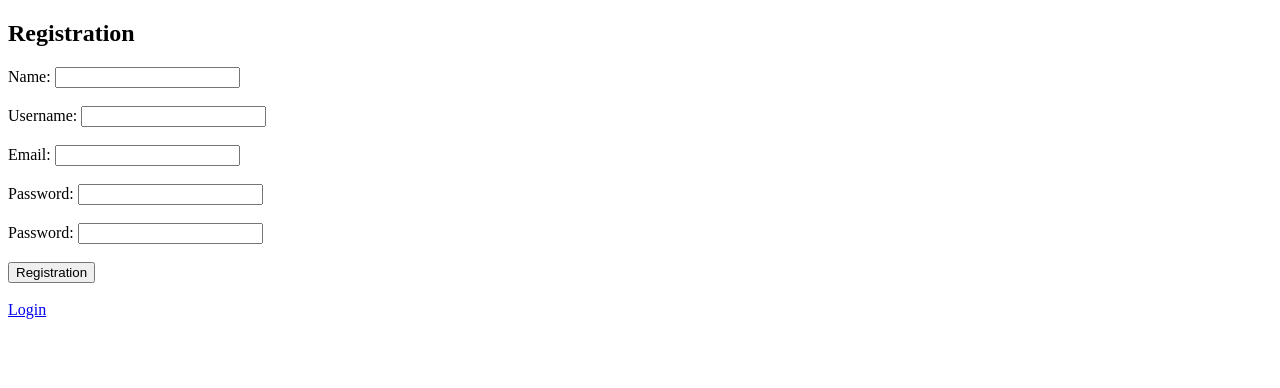
Repository: Acharya-Keerthana/Education
Page: http://localhost/registration.php
The author's editor kept a copy of each file at every save. The page is drawn from the files as they stood at one save, then again after the next save.
The browser window is 1280 px wide. The pictures show the whole page.
The page is run by PHP 8.4 with error messages shown; the project is at /var/www/html/.

Above is the page before, as saved 2024-04-11 19:55:54.

### reglog/registration.php
<?php
require 'config.php';
if(isset($_POST["submit"])){
    $name=$_POST["name"];
    $username=$_POST["username"];
    $email=$_POST["email"];
    $password=$_POST["password"];
    $confirmpassword =$_POST["comfirmpassword"];
    $duplicate = mysqli_query($conn, "SELECT * FROM tb_user WHERE username = '$username' OR email='$email'");
    if(mysqli_num_rows($duplicate)>0){
        echo "<script> alert('Username or Email Has Already Taken'); </script>";
    }
    else{
        if($password == $confirmpassword){
            $query = "INSERT INTO tb_user VALUES('','$name','$username','$email','$password')";
            mysqli_query($conn,$query);
            echo "<script> alert('Registration successful'); </script>";
        }
        else{
            echo "<script> alert('Password Doesn't match'); </script>";
        }
    }
}
?>

<!DOCTYPE html>
<html lang="en">
<head>
    <meta charset="UTF-8">
    <meta name="viewport" content="width=device-width, initial-scale=1.0">
    <title>Registration</title>
</head>
<body>
    <h2>Registration</h2>
    <form action="" class="" method="post" autocomplete="off">
    <label for="name">Name:</label>
    <input type="text" name="name" id="name"  required value=""><br><br>
    <label for="username">Username:</label>
    <input type="text" name="usernamename" id="username"  required value=""><br><br>
    <label for="email">Email:</label>
    <input type="email" name="email" id="email"  required value=""><br><br>
    <label for="password">Password:</label>
    <input type="password" name="password" id="password"  required value=""><br><br>
    <label for="comfirmpassword">Password:</label>
    <input type="password" name="comfirmpassword" id="comfirmpassword"  required value=""><br><br>
    <button type="submit" name="submit">Registration</button>
    </form><br>
    <a href="login.php">Login</a>
</body>
</html>

### reglog/config.php
<?php
session_start();
$conn=mysqli_connect("localhost","root","","db");
?>

After the next save:
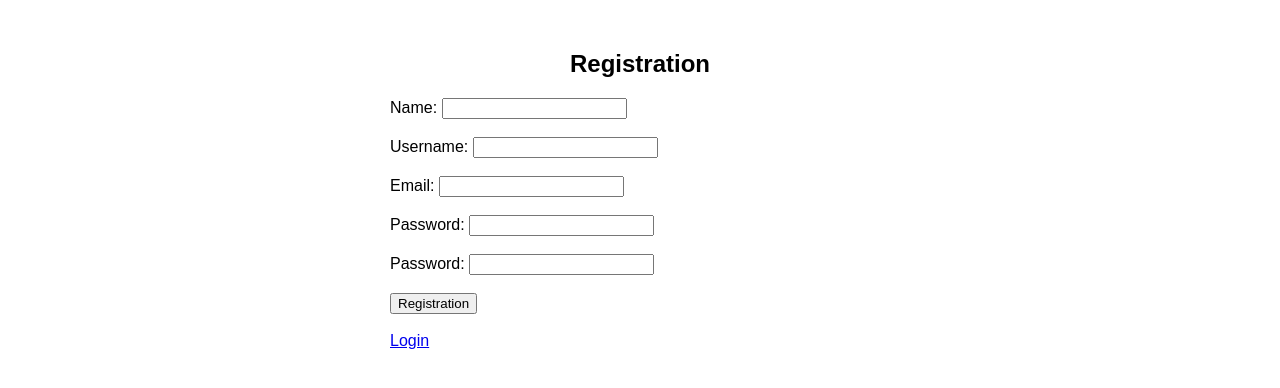
Saved 111 s later.
--- a/reglog/registration.php
+++ b/reglog/registration.php
@@ -29,6 +29,48 @@ if(isset($_POST["submit"])){
     <meta charset="UTF-8">
     <meta name="viewport" content="width=device-width, initial-scale=1.0">
     <title>Registration</title>
+    <style>
+        body {
+            font-family: Arial, sans-serif;
+            max-width: 500px;
+            margin: 0 auto;
+        }
+        h2 {
+            text-align: center;
+            margin-top: 50px;
+        }
+        form(
+            display: flex;
+            flex-direction: column;
+            align-items: center;
+            margin-top: 50px;
+        }
+        label(
+            display: block;
+            margin-bottom: 10px;
+        }
+        input(
+            padding: 10px;
+            margin-bottom: 20px;
+            border-radius: 5px;
+            border: 1px solid #ccc;
+            width: 100%;
+        }
+        button(
+            padding: 10px 20px;
+            background-color: #4CAF50;
+            color: white;
+            border: none;
+            border-radius: 5px;
+            cursor: pointer;
+            margin-bottom: 20px;
+        }
+        a(
+            text-align: center;
+            display: block;
+            margin-top: 50px;
+        }
+    </style>
 </head>
 <body>
     <h2>Registration</h2>
